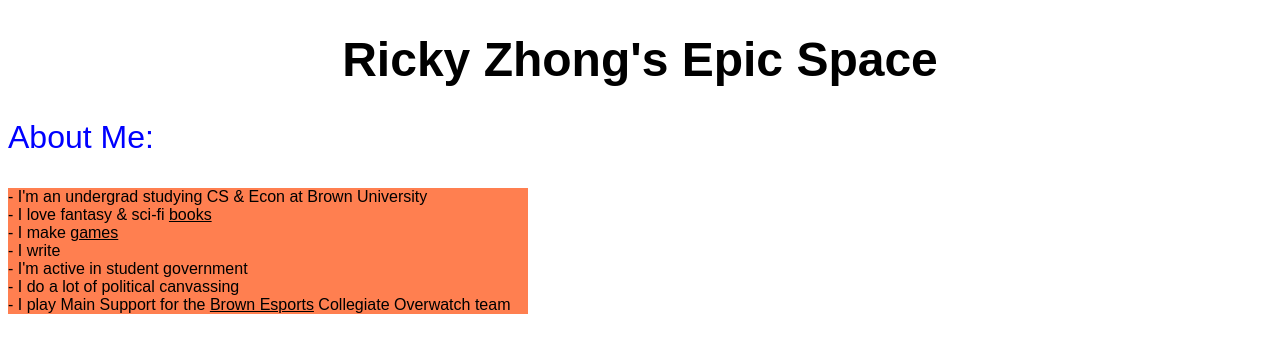
Repository: rickydaricky/rickydaricky.github.io
Page: index.html
An editor plug-in stored every save of this project. The page is shown before and after the next save, followed by the edit.
The browser window is 1280 px wide. The pictures show the whole page.

Above is the page before, as saved 2021-11-26 02:53:13.

After the next save:
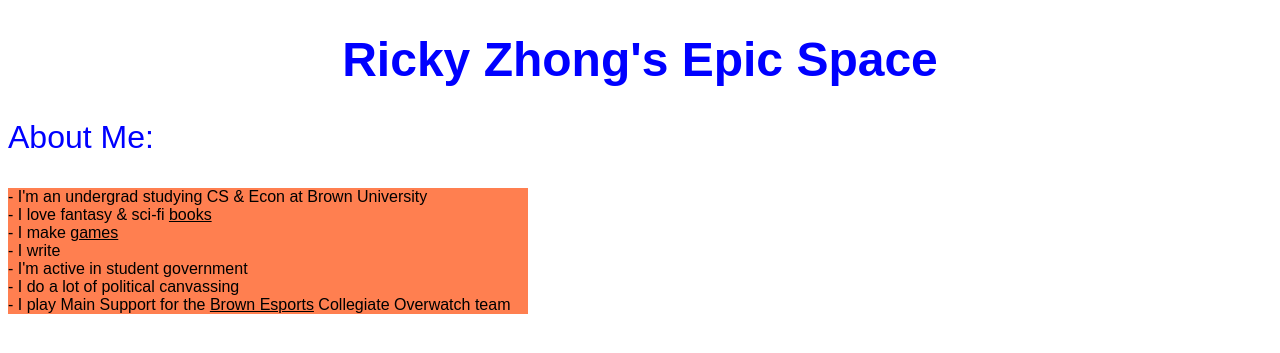
Saved 18 s later.
--- a/main.css
+++ b/main.css
@@ -17,8 +17,7 @@ html * {
 .title {
   text-align: center;
   font-size: 300%;
-  -webkit-text-stroke-color: red;
-  stroke-width: 10;
+  color: blue;
 }
 
 .square {
